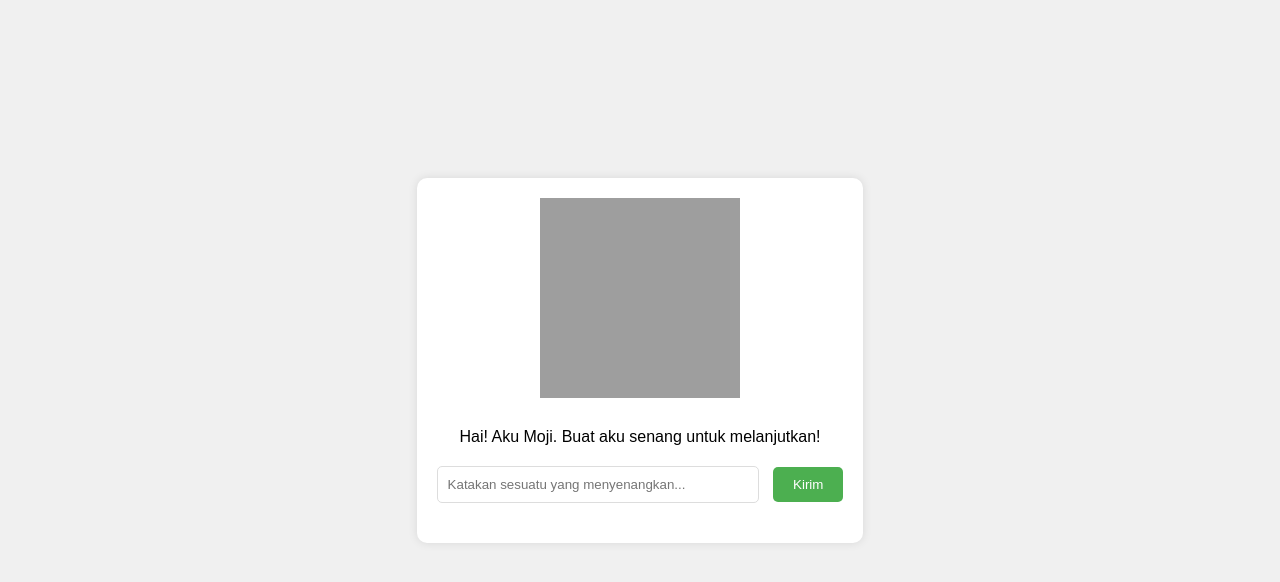
Repository: Resanso/captha_ai
Page: index.html
These files come from the project's save history. The page is drawn as it stood at one moment and after the next save; the edit follows.
The browser window is 1280 px wide. The pictures show the whole page.
Pictures or frames that could not be fetched are drawn as grey boxes.

Above is the page before, as saved 2025-02-13 21:40:07.

### index.html
<!DOCTYPE html>
<html lang="id">
  <head>
    <meta charset="UTF-8" />
    <meta name="viewport" content="width=device-width, initial-scale=1.0" />
    <title>AI CAPTCHA - Buat Aku Senang!</title>
    <link rel="stylesheet" href="style.css" />
  </head>
  <body>
    <div class="container">
      <div class="character" id="character">
        <img src="images/neutral.png" alt="Karakter" id="characterImage" />
        <p id="characterMessage">
          Hai! Aku Moji. Buat aku senang untuk melanjutkan!
        </p>
      </div>
      <div class="input-section">
        <input
          type="text"
          id="userInput"
          placeholder="Katakan sesuatu yang menyenangkan..."
          required
        />
        <button onclick="checkEmotion()">Kirim</button>
      </div>
      <div id="result"></div>
    </div>
    <script src="script.js"></script>
  </body>
</html>

### style.css
body {
  font-family: Arial, sans-serif;
  display: flex;
  justify-content: center;
  align-items: center;
  height: 100vh;
  margin: 0;
  background-color: #f0f0f0;
}

.container {
  text-align: center;
  padding: 20px;
  background: white;
  border-radius: 10px;
  box-shadow: 0 0 10px rgba(0, 0, 0, 0.1);
}

.character {
  margin-bottom: 20px;
}

.character img {
  width: 200px;
  height: 200px;
  margin-bottom: 10px;
}

.input-section {
  margin: 20px 0;
}

input[type="text"] {
  padding: 10px;
  width: 300px;
  margin-right: 10px;
  border: 1px solid #ddd;
  border-radius: 5px;
}

button {
  padding: 10px 20px;
  background-color: #4caf50;
  color: white;
  border: none;
  border-radius: 5px;
  cursor: pointer;
}

button:hover {
  background-color: #45a049;
}

button:disabled {
  background-color: #cccccc;
  cursor: not-allowed;
}

button:disabled:hover {
  background-color: #cccccc;
}

### script.js
const API_URL = "https://api.groq.com/openai/v1/chat/completions";
// Replace this with your actual Groq API key
const GROQ_API_KEY = "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";
let isVerified = false;

async function checkEmotion() {
  const userInput = document.getElementById("userInput").value;
  const characterImage = document.getElementById("characterImage");
  const characterMessage = document.getElementById("characterMessage");
  const result = document.getElementById("result");
  const submitButton = document.querySelector("button");

  if (!userInput.trim()) {
    result.innerHTML = '<span style="color: red;">Tolong masukkan teks!</span>';
    return;
  }

  try {
    // Show loading state
    submitButton.disabled = true;
    result.innerHTML = '<span style="color: gray;">Sedang memproses...</span>';
    characterMessage.textContent = "Hmm...";

    const response = await fetch(API_URL, {
      method: "POST",
      headers: {
        "Content-Type": "application/json",
        Authorization: `Bearer ${GROQ_API_KEY}`,
      },
      body: JSON.stringify({
        model: "llama-3.3-70b-versatile",
        messages: [
          {
            role: "system",
            content:
              "Kamu adalah karakter AI bernama Moji yang berbahasa Indonesia. Nilai tingkat positif dari pesan pengguna dengan skala 1-10, lalu berikan respons dengan format: 'SCORE: [angka]\nRESPONSE: [reaksi emosionalmu dalam satu kalimat pendek, gunakan emoji]'. Buat responsnya personal dan sesuai dengan apa yang mereka katakan.",
          },
          {
            role: "user",
            content: userInput,
          },
        ],
      }),
    });

    if (!response.ok) {
      throw new Error(`HTTP error! status: ${response.status}`);
    }

    const data = await response.json();
    if (!data.choices?.[0]?.message?.content) {
      throw new Error("Invalid response from API");
    }

    const aiResponse = data.choices[0].message.content;
    const [scorePart, responsePart] = aiResponse.split("\n");
    const score = parseInt(scorePart.replace("SCORE:", ""));
    const emotionalResponse = responsePart.replace("RESPONSE:", "").trim();

    if (score >= 7) {
      characterImage.src = "images/happy.png";
      characterMessage.textContent = emotionalResponse;
      result.innerHTML =
        '<span style="color: green;">Verifikasi berhasil!</span>';
      isVerified = true;
    } else {
      characterImage.src = "images/sad.png";
      characterMessage.textContent = emotionalResponse;
      result.innerHTML = '<span style="color: red;">Coba lagi!</span>';
    }
  } catch (error) {
    console.error("Error:", error);
    characterImage.src = "images/neutral.png";
    characterMessage.textContent = "Ups! Terjadi kesalahan.";
    result.innerHTML = `<span style="color: red;">Error: ${
      error.message || "Silakan coba lagi"
    }</span>`;
  } finally {
    submitButton.disabled = false;
  }
}

// Prevent form submission if not verified
document.querySelector("form")?.addEventListener("submit", (e) => {
  if (!isVerified) {
    e.preventDefault();
    alert("Silakan selesaikan CAPTCHA emosional terlebih dahulu!");
  }
});

After the next save:
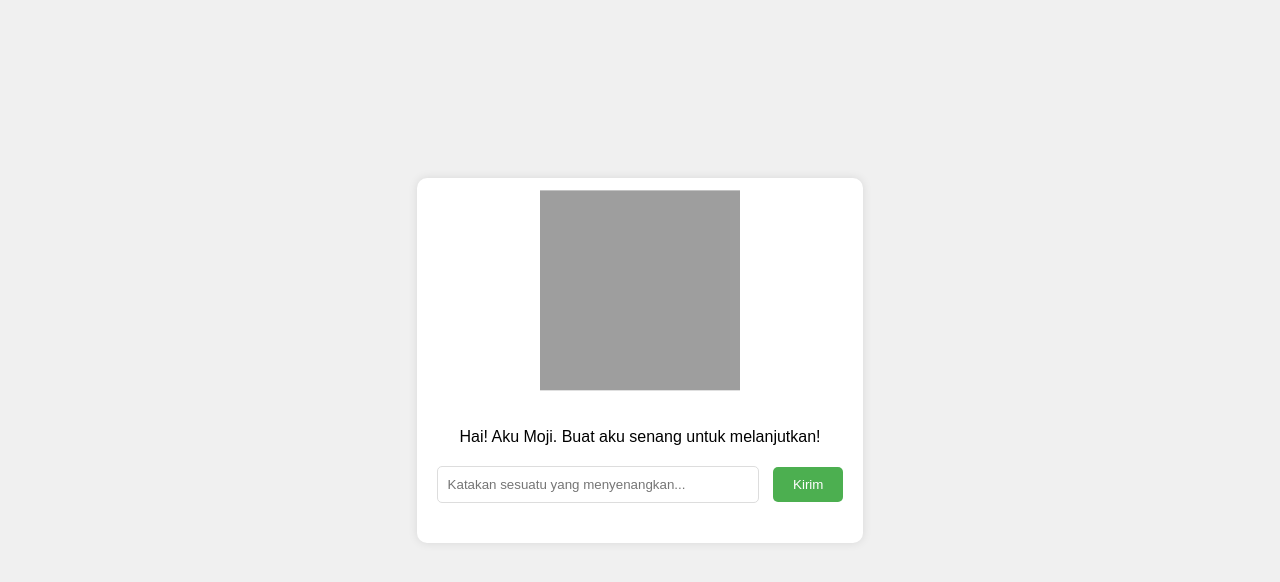
Saved 3 min 14 s later.
--- a/style.css
+++ b/style.css
@@ -24,6 +24,78 @@
   width: 200px;
   height: 200px;
   margin-bottom: 10px;
+  transition: transform 0.3s ease;
+  animation: floating 3s ease-in-out infinite;
+}
+
+@keyframes floating {
+  0% {
+    transform: translateY(0px);
+  }
+  50% {
+    transform: translateY(-10px);
+  }
+  100% {
+    transform: translateY(0px);
+  }
+}
+
+.character img.happy {
+  animation: happy 0.5s ease-in-out;
+}
+
+.character img.sad {
+  animation: sad 0.5s ease-in-out;
+}
+
+.character img.thinking {
+  animation: thinking 1s ease-in-out infinite;
+}
+
+@keyframes happy {
+  0%,
+  100% {
+    transform: translateY(0);
+  }
+  50% {
+    transform: translateY(-20px) rotate(5deg);
+  }
+}
+
+@keyframes sad {
+  0%,
+  100% {
+    transform: translateY(0) rotate(0);
+  }
+  50% {
+    transform: translateY(10px) rotate(-5deg);
+  }
+}
+
+@keyframes thinking {
+  0%,
+  100% {
+    transform: translateY(0) rotate(0);
+  }
+  50% {
+    transform: translateY(-5px) rotate(3deg);
+  }
+}
+
+.character p {
+  transition: all 0.3s ease;
+  animation: fadeIn 0.5s ease-in-out;
+}
+
+@keyframes fadeIn {
+  from {
+    opacity: 0;
+    transform: translateY(10px);
+  }
+  to {
+    opacity: 1;
+    transform: translateY(0);
+  }
 }
 
 .input-section {

After the 3 saves that followed:
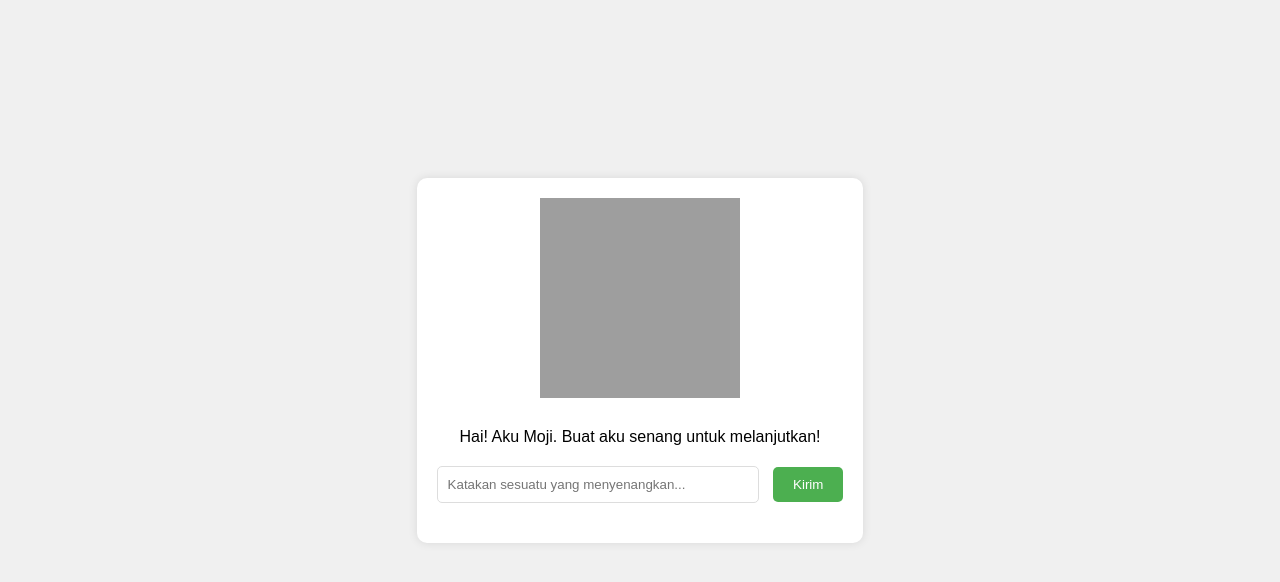
The 3 saves are shown as one change because 2 left the picture as it was.
The last was saved 84 s later.
--- a/style.css
+++ b/style.css
@@ -24,78 +24,6 @@
   width: 200px;
   height: 200px;
   margin-bottom: 10px;
-  transition: transform 0.3s ease;
-  animation: floating 3s ease-in-out infinite;
-}
-
-@keyframes floating {
-  0% {
-    transform: translateY(0px);
-  }
-  50% {
-    transform: translateY(-10px);
-  }
-  100% {
-    transform: translateY(0px);
-  }
-}
-
-.character img.happy {
-  animation: happy 0.5s ease-in-out;
-}
-
-.character img.sad {
-  animation: sad 0.5s ease-in-out;
-}
-
-.character img.thinking {
-  animation: thinking 1s ease-in-out infinite;
-}
-
-@keyframes happy {
-  0%,
-  100% {
-    transform: translateY(0);
-  }
-  50% {
-    transform: translateY(-20px) rotate(5deg);
-  }
-}
-
-@keyframes sad {
-  0%,
-  100% {
-    transform: translateY(0) rotate(0);
-  }
-  50% {
-    transform: translateY(10px) rotate(-5deg);
-  }
-}
-
-@keyframes thinking {
-  0%,
-  100% {
-    transform: translateY(0) rotate(0);
-  }
-  50% {
-    transform: translateY(-5px) rotate(3deg);
-  }
-}
-
-.character p {
-  transition: all 0.3s ease;
-  animation: fadeIn 0.5s ease-in-out;
-}
-
-@keyframes fadeIn {
-  from {
-    opacity: 0;
-    transform: translateY(10px);
-  }
-  to {
-    opacity: 1;
-    transform: translateY(0);
-  }
 }
 
 .input-section {
